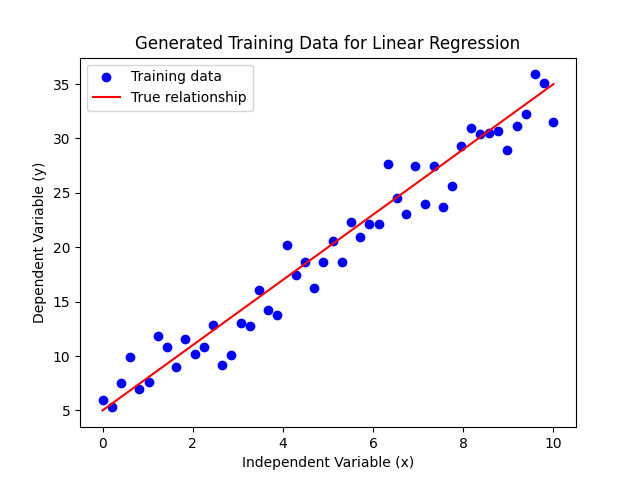
Repository: JEETESH-SAWON/Python
Script's output: python Ai_Learning/data_gen.py
An editor plug-in stored every save of this project. The script's output is shown before and after the next save, followed by the edit.
Random numbers start from a fixed seed.

Above is the script's output before, as saved 2024-07-23 04:08:15.

### Ai_Learning/data_gen.py
import numpy as np
import matplotlib.pyplot as plt
import pandas as pd

# Set random seed for reproducibility
np.random.seed(42)

# Define the true relationship (y = 3x + 5)
true_slope = 3
true_intercept = 5

# Generate independent variable data (x)
x = np.linspace(0, 10, 50)

# Calculate the dependent variable data (y) without noise
y_true = true_slope * x + true_intercept

# Add noise to the dependent variable
noise = np.random.normal(0, 2, x.shape)
y = y_true + noise

# Plot the generated data
plt.scatter(x, y, color='blue', label='Training data')
plt.plot(x, y_true, color='red', label='True relationship')
plt.xlabel('Independent Variable (x)')
plt.ylabel('Dependent Variable (y)')
plt.title('Generated Training Data for Linear Regression')
plt.legend()
plt.show()

# Save data to CSV (optional)
data = pd.DataFrame({'x': x, 'y': y})
data.to_csv('linear_regression_data.csv', index=False)

After the next save:
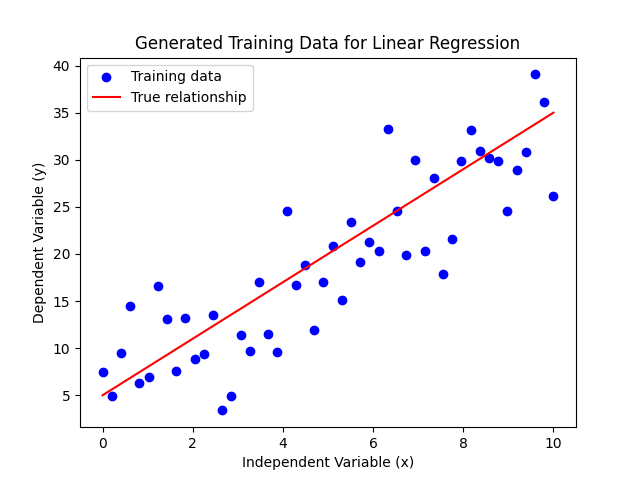
Saved 15 min 31 s later.
--- a/Ai_Learning/data_gen.py
+++ b/Ai_Learning/data_gen.py
@@ -16,7 +16,7 @@ x = np.linspace(0, 10, 50)
 y_true = true_slope * x + true_intercept
 
 # Add noise to the dependent variable
-noise = np.random.normal(0, 2, x.shape)
+noise = np.random.normal(0, 5, x.shape)
 y = y_true + noise
 
 # Plot the generated data
